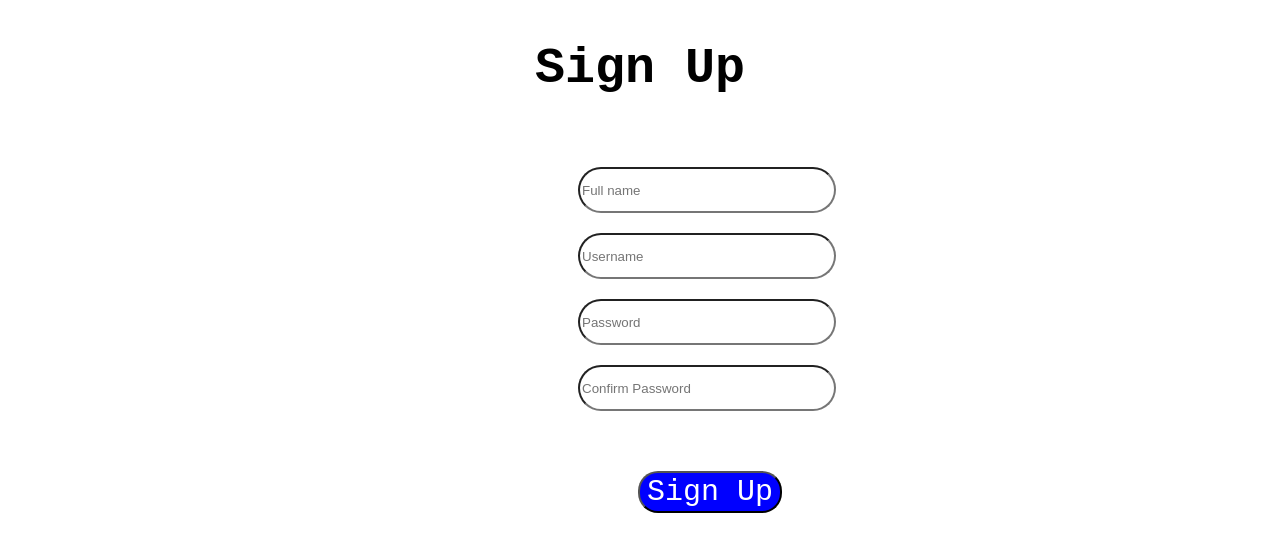
Repository: yhung004/TUTORIAL_PAGE
Page: sign_up.html
The author's editor kept a copy of each file at every save. The page is drawn from the files as they stood at one save, then again after the next save.
The browser window is 1280 px wide. The pictures show the whole page.
The pointer rests on the first visible `.button_out`.

Above is the page before, as saved 2024-04-10 13:07:40.

After the next save:
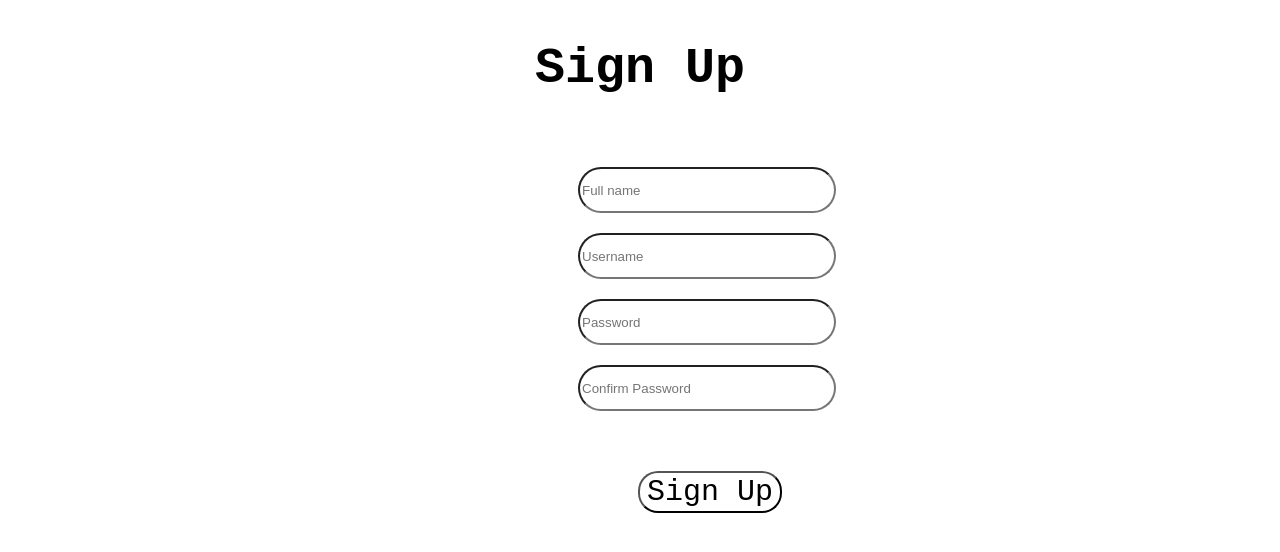
Saved 30 s later.
--- a/main.css
+++ b/main.css
@@ -124,6 +124,6 @@
     padding: 2px 7px 2px 7px;
 }
 .button_out:hover {
-    background-color:blue;
-    color:white;
+    background-color:white;
+    color:black;
 }

After the save that followed:
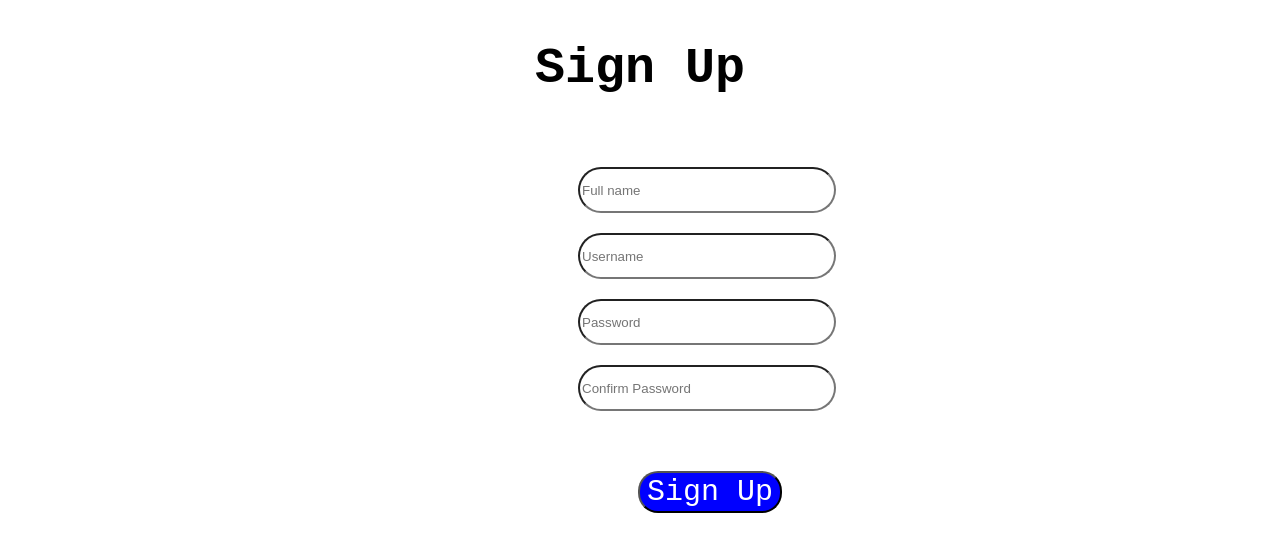
Saved 17 s later.
--- a/main.css
+++ b/main.css
@@ -124,6 +124,6 @@
     padding: 2px 7px 2px 7px;
 }
 .button_out:hover {
-    background-color:white;
-    color:black;
+    background-color:blue;
+    color:white;
 }
